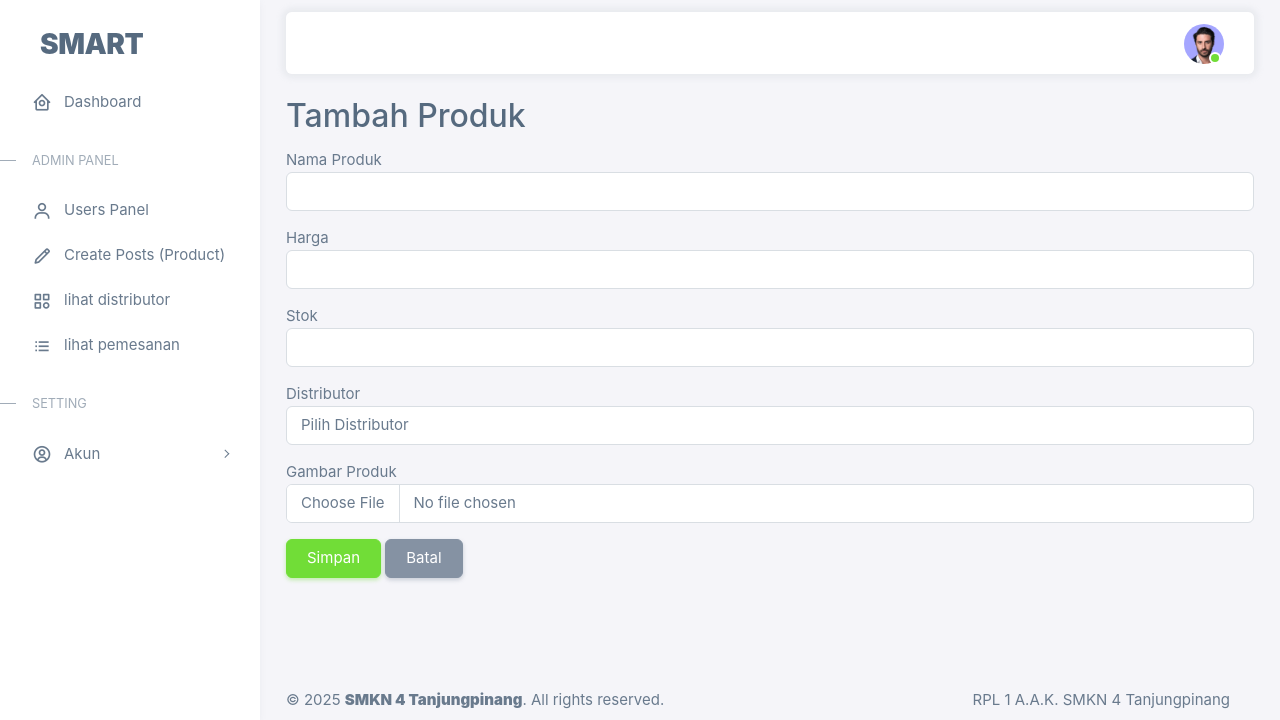
Repository: athalantis/SMart
Page: http://localhost/product_create.php
The author's editor kept a copy of each file at every save. The page is drawn from the files as they stood at one save, then again after the next save.
The browser window is 1280 px wide. The pictures show the whole page.
Some web fonts or font styles are not loaded; a fallback is used. The page is run by PHP 8.4 with error messages shown; the project is at /var/www/html/. The session is filled in as if someone had signed in: {"username": "testuser", "name": "Test User", "role": "admin", "user_id": 1}. Queries for data that is not in the repository find no rows.

Above is the page before, as saved 2025-04-25 23:29:14.

After the next save:
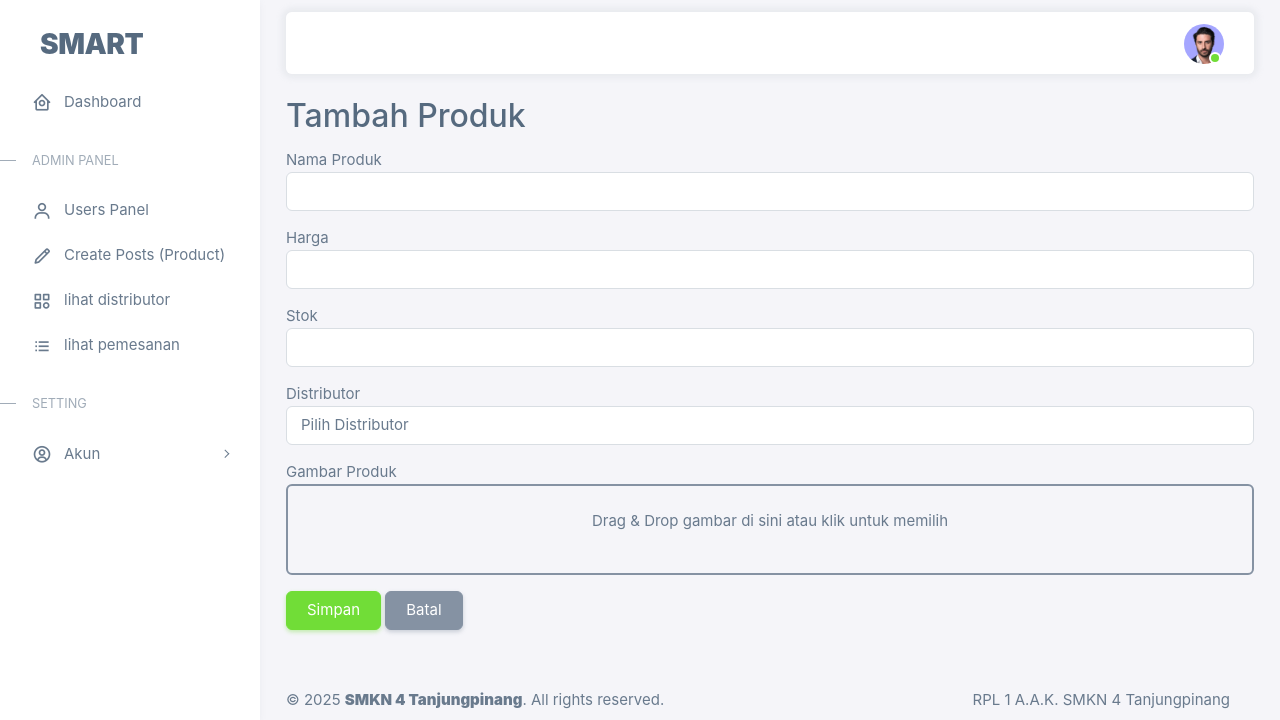
Saved 2 min 44 s later.
--- a/product_create.php
+++ b/product_create.php
@@ -61,7 +61,11 @@
         </div>
         <div class="mb-3">
             <label>Gambar Produk</label>
-            <input type="file" name="gambar_produk" class="form-control" accept="image/*" required>
+            <div id="drop-area" class="border border-2 border-secondary p-4 text-center rounded">
+                <p>Drag & Drop gambar di sini atau klik untuk memilih</p>
+                <input type="file" name="gambar_produk" id="gambar_produk" class="form-control d-none" accept="image/*" required>
+                <img id="preview" src="#" alt="Preview" class="img-fluid mt-3 d-none" style="max-height: 200px;">
+            </div>
         </div>
         <button type="submit" class="btn btn-success">Simpan</button>
         <a href="products.php" class="btn btn-secondary">Batal</a>
@@ -76,3 +80,50 @@
     exit;
 }
 ?>
+
+<!-- Drag & Drop Script -->
+<script>
+    const dropArea = document.getElementById('drop-area');
+    const fileInput = document.getElementById('gambar_produk');
+    const previewImage = document.getElementById('preview');
+
+    dropArea.addEventListener('click', () => fileInput.click());
+
+    fileInput.addEventListener('change', function () {
+        handleFiles(this.files);
+    });
+
+    ['dragenter', 'dragover', 'dragleave', 'drop'].forEach(eventName => {
+        dropArea.addEventListener(eventName, e => {
+            e.preventDefault();
+            e.stopPropagation();
+        }, false);
+    });
+
+    ['dragenter', 'dragover'].forEach(eventName => {
+        dropArea.classList.add('bg-light');
+    });
+
+    ['dragleave', 'drop'].forEach(eventName => {
+        dropArea.classList.remove('bg-light');
+    });
+
+    dropArea.addEventListener('drop', e => {
+        const dt = e.dataTransfer;
+        const files = dt.files;
+        fileInput.files = files;
+        handleFiles(files);
+    });
+
+    function handleFiles(files) {
+        const file = files[0];
+        if (file && file.type.startsWith('image/')) {
+            const reader = new FileReader();
+            reader.onload = function (e) {
+                previewImage.src = e.target.result;
+                previewImage.classList.remove('d-none');
+            };
+            reader.readAsDataURL(file);
+        }
+    }
+</script>

After the save that followed:
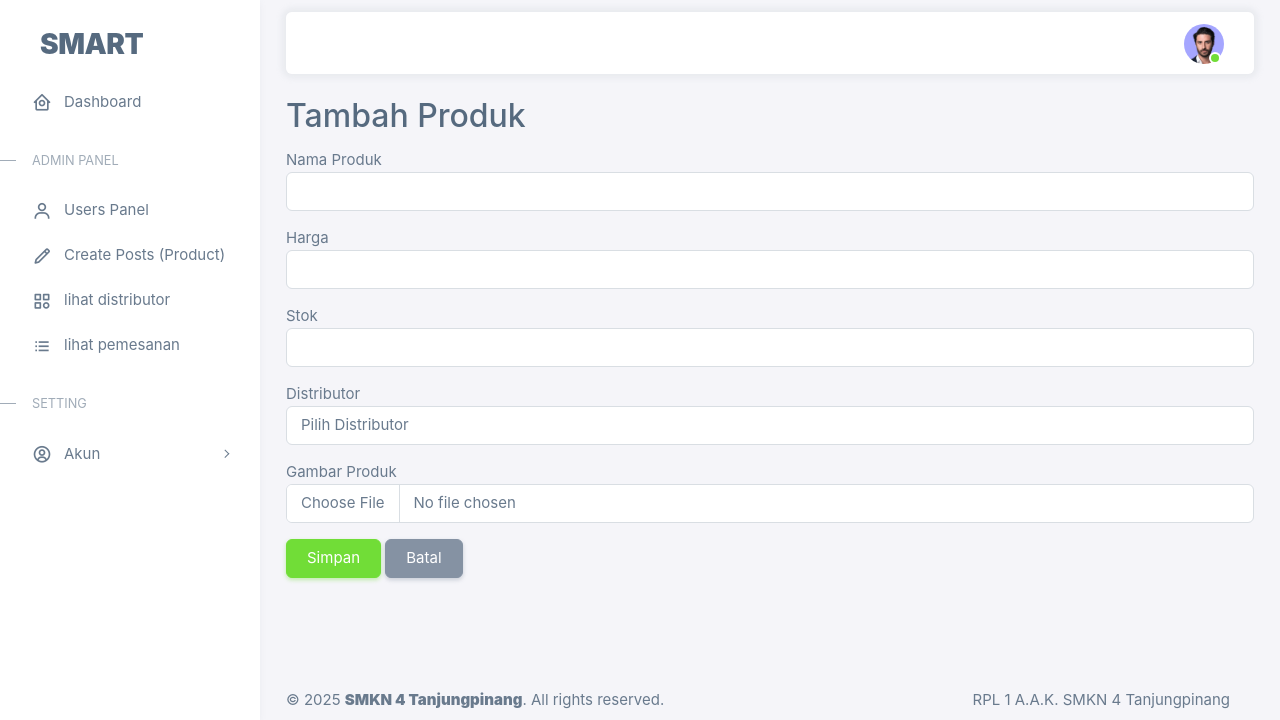
Saved 2 min 21 s later.
--- a/product_create.php
+++ b/product_create.php
@@ -61,11 +61,7 @@
         </div>
         <div class="mb-3">
             <label>Gambar Produk</label>
-            <div id="drop-area" class="border border-2 border-secondary p-4 text-center rounded">
-                <p>Drag & Drop gambar di sini atau klik untuk memilih</p>
-                <input type="file" name="gambar_produk" id="gambar_produk" class="form-control d-none" accept="image/*" required>
-                <img id="preview" src="#" alt="Preview" class="img-fluid mt-3 d-none" style="max-height: 200px;">
-            </div>
+            <input type="file" name="gambar_produk" class="form-control" accept="image/*" required>
         </div>
         <button type="submit" class="btn btn-success">Simpan</button>
         <a href="products.php" class="btn btn-secondary">Batal</a>
@@ -80,50 +76,3 @@
     exit;
 }
 ?>
-
-<!-- Drag & Drop Script -->
-<script>
-    const dropArea = document.getElementById('drop-area');
-    const fileInput = document.getElementById('gambar_produk');
-    const previewImage = document.getElementById('preview');
-
-    dropArea.addEventListener('click', () => fileInput.click());
-
-    fileInput.addEventListener('change', function () {
-        handleFiles(this.files);
-    });
-
-    ['dragenter', 'dragover', 'dragleave', 'drop'].forEach(eventName => {
-        dropArea.addEventListener(eventName, e => {
-            e.preventDefault();
-            e.stopPropagation();
-        }, false);
-    });
-
-    ['dragenter', 'dragover'].forEach(eventName => {
-        dropArea.classList.add('bg-light');
-    });
-
-    ['dragleave', 'drop'].forEach(eventName => {
-        dropArea.classList.remove('bg-light');
-    });
-
-    dropArea.addEventListener('drop', e => {
-        const dt = e.dataTransfer;
-        const files = dt.files;
-        fileInput.files = files;
-        handleFiles(files);
-    });
-
-    function handleFiles(files) {
-        const file = files[0];
-        if (file && file.type.startsWith('image/')) {
-            const reader = new FileReader();
-            reader.onload = function (e) {
-                previewImage.src = e.target.result;
-                previewImage.classList.remove('d-none');
-            };
-            reader.readAsDataURL(file);
-        }
-    }
-</script>
